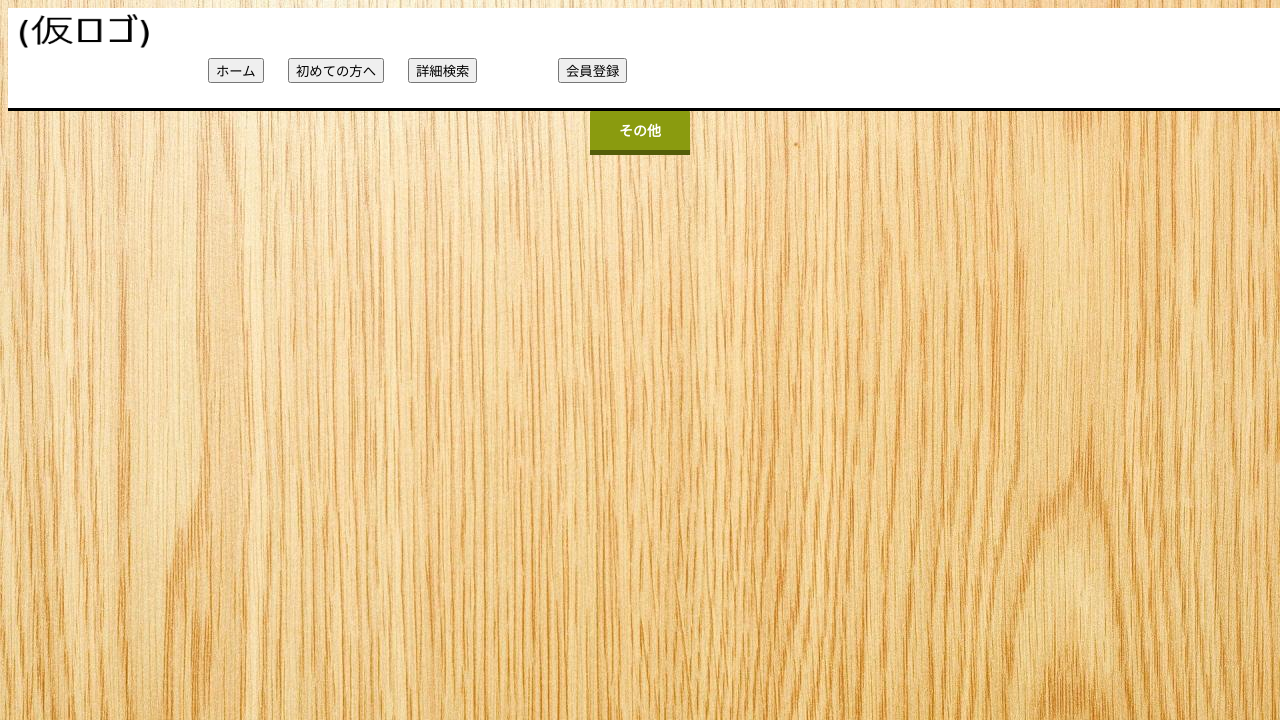
Repository: k0816/backup-master
Page: http://localhost/cycle/
An editor plug-in stored every save of this project. The page is shown before and after the next save, followed by the edit.
The browser window is 1280 px wide. The pictures show the whole page.
The page is served by Tomcat 9. Other server files are loaded and not shown.

Above is the page before, as saved 2018-01-09 08:16:09.

### cycle/WebContent/home.jsp
<%@ page language="java" contentType="text/html; charset=UTF-8"
	pageEncoding="UTF-8"%>
<%@ taglib prefix="s" uri="/struts-tags"%>
<!DOCTYPE html>
<html>
<head>
<meta charset="utf-8">
<meta http-equiv="Content-Type" content="text/html; charset=utf-8" />
<meta http-equiv="Content-Style-Type" content="text/css" />
<meta http-equiv="Content-Script-Type" content="text/javascript" />
<meta http-equiv="imagetoolbar" content="no" />
<meta name="description" content="" />
<meta name="keywords" content="" />
<title>Home画面</title>
<style type="text/css">

</style>


</head>

<body>

<jsp:include page="/includeHeader.jsp" flush="true" />

</body>
</html>

### cycle/WebContent/includeHeader.jsp
<%@ page language="java" contentType="text/html; charset=UTF-8"
	pageEncoding="UTF-8"%>
<%@ taglib prefix="s" uri="/struts-tags"%>
<!DOCTYPE html PUBLIC "-//W3C//DTD HTML 4.01 Transitional//EN" "http://www.w3.org/TR/html4/loose.dtd">
<html>
<head>

	<meta http-equiv="Content-Type" content="text/html; charset=utf-8" />
	<meta http-equiv="Content-Style-Type" content="text/css" />
	<meta http-equiv="Content-Script-Type" content="text/javascript" />
	<meta http-equiv="imagetoolbar" content="no" />
	<meta name="description" content="" />
	<meta name="keywords" content="" />


<title>ヘッダー記述</title>

<style type="text/css">
#header {
	width: 100%;
	height: 100px;
	background-color: white;
	border-bottom: 3px solid black;
	position: fixed;
}

.botan {
	position: absolute;
	top: 50px;
}

#home {
	position: absolute;
	left: 200px;
}

#new {
	position: absolute;
	left: 280px;
}

#search {
	position: absolute;
	left: 400px;
}

#other {
	position: absolute;
	left: 500px;
}

#create {
	position: absolute;
	left: 550px;
}

body {
	background: url("./image/wood.jpg");
}

/* ドロップダウンメニューについて */
#dropmenu{
  list-style-type: none;
  width: 100px;
  height: 40px;
  margin: 30px auto 300px;
  padding: 0;
  background: #8a9b0f;
  border-bottom: 5px solid #535d09;
  border-radius: 3px 3px 0 0;
}
#dropmenu li{
  position: relative;
  width: 100%;
  float: left;
  margin: 0;
  padding: 0;
  text-align: center;
}
#dropmenu li a{
  display: block;
  margin: 0;
  padding: 15px 0 11px;
  color: #fff;
  font-size: 14px;
  font-weight: bold;
  line-height: 1;
  text-decoration: none;
}
#dropmenu li:hover > a{
  background: #6e7c0c;
  color: #eff7b1;
}
#dropmenu > li:hover > a{
  border-radius: 3px 3px 0 0;
}
#dropmenu li ul{
  list-style: none;
  position: absolute;
  top: 100%;
  left: 0;
  margin: 0;
  padding: 0;
  border-radius: 0 0 3px 3px;
}

#dropmenu li ul li{
  overflow: hidden;
  width: 100%;
  height: 0;
  color: #fff;
  -moz-transition: .2s;
  -webkit-transition: .2s;
  -o-transition: .2s;
  -ms-transition: .2s;
  transition: .2s;
}
#dropmenu li ul li a{
  padding: 13px 13px;
  background: #6e7c0c;
  text-align: center;
  font-size: 12px;
  font-weight: normal;
}
#dropmenu li:hover ul li{
  overflow: visible;
  height: 38px;
  border-top: 1px solid #7c8c0e;
  border-bottom: 1px solid #616d0b;
}
#dropmenu li:hover ul li:first-child{
  border-top: 0;
}
#dropmenu li:hover ul li:last-child{
  border-bottom: 0;
}
#dropmenu li:hover ul li:last-child a{
  border-radius: 0 0 3px 3px;

}
</style>

</head>
<body>

	<div id="header">
		<img src="image\logotest.jpg" width="150" height="50">

		<div class="botan">

			<div id="home">
				<form action="GoHomeAction">
					<input type="submit" value="ホーム" />
				</form>
			</div>
			<div id="new">
				<form action="ToNewUserAction">
					<input type="submit" value="初めての方へ" />
				</form>
			</div>
			<div id="search">
				<form action="PartySearchAction">
					<input type="submit" value="詳細検索" />
				</form>
			</div>

			<div id="create">
				<form action="UserCreateAction">
					<input type="submit" value="会員登録" />
				</form>
			</div>

		</div>
	</div>



	<!-- ドロップダウンメニュー -->

	<br>
	<br>
	<br>
	<br>


	<ul id="dropmenu">
		<li><a href="#">その他</a>
			<ul>
				<li><a href="ToNewUserAction">お知らせ</a></li>
				<li><a href="#">会社概要</a></li>
				<li><a href="#">お問い合わせ</a></li>
				<li><a href="#">submenu</a></li>
			</ul>
		</li>
	</ul>


	<br>
	<br>
	<br>
	<br>


</body>
</html>

After the next save:
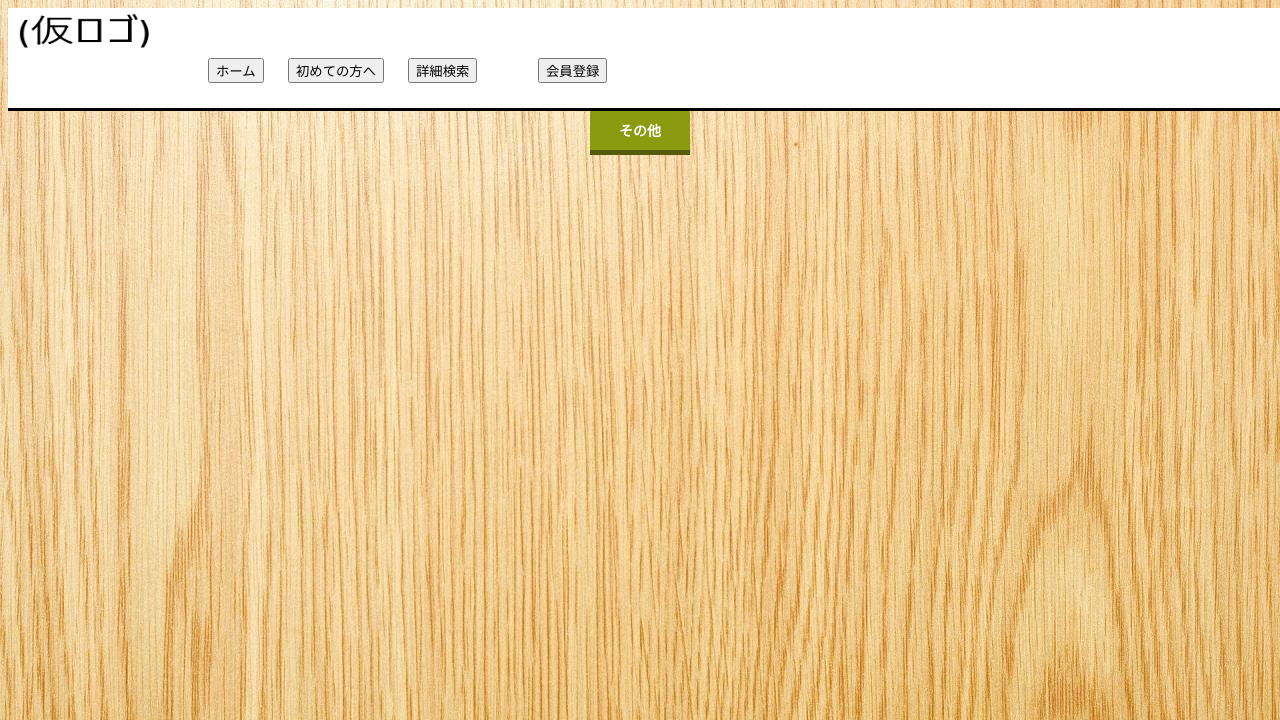
Saved 25 s later.
--- a/cycle/WebContent/includeHeader.jsp
+++ b/cycle/WebContent/includeHeader.jsp
@@ -51,7 +51,7 @@
 
 #create {
 	position: absolute;
-	left: 550px;
+	left: 530px;
 }
 
 body {
